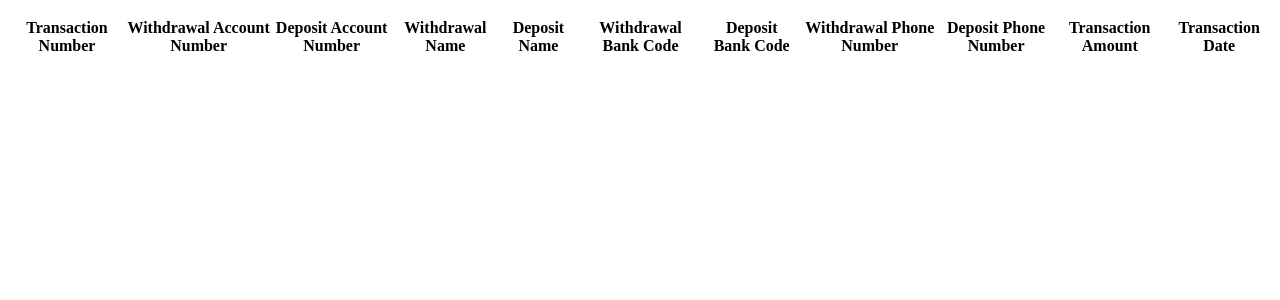
Repository: kim-byoungkwan/OpenBanking
Page: http://localhost/SemiFinalProject/jsp/account/transactionList.jsp
The author's editor kept a copy of each file at every save. The page is drawn from the files as they stood at one save, then again after the next save.
The browser window is 1280 px wide. The pictures show the whole page.
The page is served by Tomcat 9. Other server files are loaded and not shown. The template is opened directly, without the code that normally fills it, so the values that code supplies are empty.

Above is the page before, as saved 2022-07-29 07:15:31.

### SemiFinalProject/src/main/webapp/jsp/account/transactionList.jsp
<%@ page language="java" contentType="text/html; charset=ISO-8859-1"
    pageEncoding="ISO-8859-1"%>
<!DOCTYPE html>
<html>
<head>
<meta charset="ISO-8859-1">
<title>Insert title here</title>
</head>

<body>

<table>
  <thead>
    <tr>
      <th>Transaction Number</th>
      <th>Withdrawal Account Number</th>
      <th>Deposit Account Number</th>
      <th>Withdrawal Name</th>
      <th>Deposit Name</th>
      <th>Withdrawal Bank Code</th>
      <th>Deposit Bank Code</th>
      <th>Withdrawal Phone Number</th>
      <th>Deposit Phone Number</th>
      <th>Transaction Amount</th>
      <th>Transaction Date</th>
     </tr>
  </thead>

  <tbody>
    <c:forEach items="${ transactionList }" var="transaction" varStatus="loop">
		<tr>
			<p>${ transaction.tranNum }</p>
			<td>${ transaction.withrawalAccountNum }</td>
			<td>${ transaction.depositAccountNum }</td>
			<td>${ transaction.withrawalName }</td>
			<td>${ transaction.depositName }</td>
			<td>${ transaction.withrawalBankCode }</td>
			<td>${ transaction.depositBankCode }</td>
			<td>${ transaction.withrawalPhoneNum }</td>
			<td>${ transaction.depositPhoneNum}</td>
			<td>${ transaction.tranAmount }</td>
			<td>${ transaction.tranDate }</td>
		</tr>
		</c:forEach>
  </tbody>

</table>


</body>
</html>

After the next save:
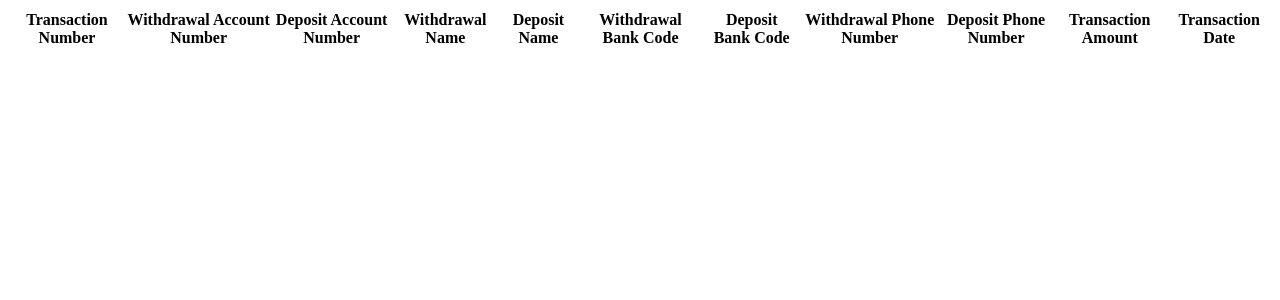
Saved 3 min 4 s later.
--- a/SemiFinalProject/src/main/webapp/jsp/account/transactionList.jsp
+++ b/SemiFinalProject/src/main/webapp/jsp/account/transactionList.jsp
@@ -1,5 +1,7 @@
-<%@ page language="java" contentType="text/html; charset=ISO-8859-1"
-    pageEncoding="ISO-8859-1"%>
+<%@ page language="java" contentType="text/html; charset=UTF-8"
+    pageEncoding="UTF-8"%>
+<%@ taglib prefix="c" uri="http://java.sun.com/jsp/jstl/core" %>
+
 <!DOCTYPE html>
 <html>
 <head>
